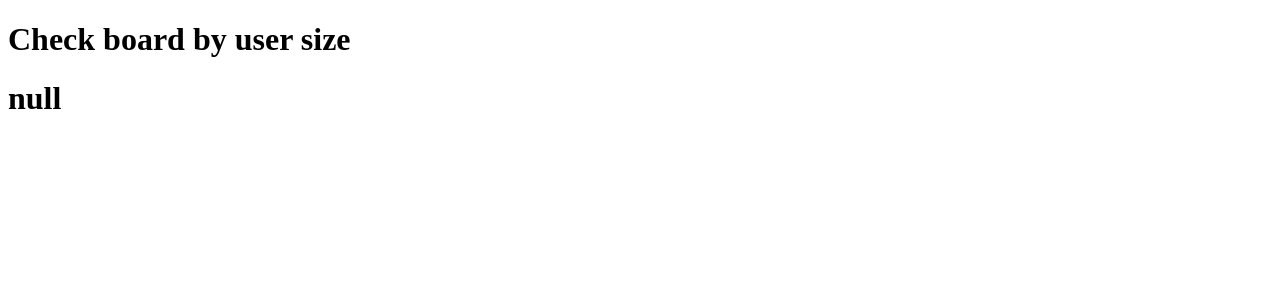
Repository: santsah11/javaStack
Page: http://localhost/checkerboard/checkerboard.jsp
An editor plug-in stored every save of this project. The page is shown before and after the next save, followed by the edit.
The browser window is 1280 px wide. The pictures show the whole page.
The page is served by Tomcat 9.

Above is the page before, as saved 2018-11-30 21:41:15.

### javaOntheWeb/checkerboard/WebContent/checkerboard.jsp
<%@ page language="java" contentType="text/html; charset=ISO-8859-1"
	pageEncoding="ISO-8859-1"%>
<!DOCTYPE html>
<html>
<head>
<meta charset="ISO-8859-1">
<title>title of CheckBoard</title>
</head>
<body>
	<body>
	<h1>Check board by user size</h1>
	<!-- getting the value for the name parameter -->
    <% String req = request.getParameter("name"); %>
    <!-- displaying the value -->
    <h1><%= req %></h1>
</body>

</body>
</html>

After the next save:
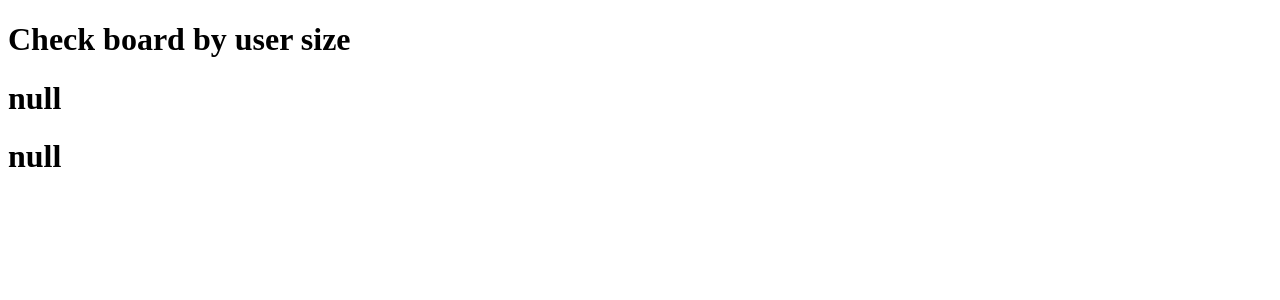
Saved 2 min 14 s later.
--- a/javaOntheWeb/checkerboard/WebContent/checkerboard.jsp
+++ b/javaOntheWeb/checkerboard/WebContent/checkerboard.jsp
@@ -10,9 +10,11 @@
 	<body>
 	<h1>Check board by user size</h1>
 	<!-- getting the value for the name parameter -->
-    <% String req = request.getParameter("name"); %>
+    <% String ht = request.getParameter("height"); %>
+    <% String wd = request.getParameter("width"); %>
     <!-- displaying the value -->
-    <h1><%= req %></h1>
+    <h1><%= ht %></h1>
+    <h1><%= wd %></h1>
 </body>
 
 </body>
